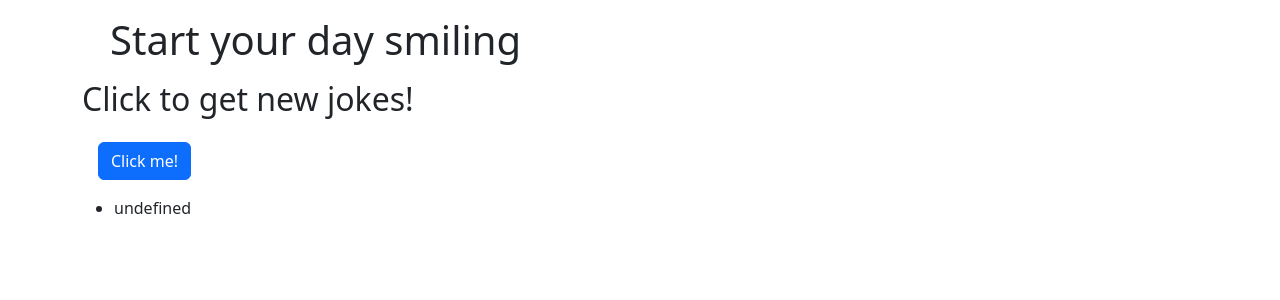
Repository: danieltikamori/wdb
Page: projects/Joke Machine/index.html
These files come from the project's save history. The page is drawn as it stood at one moment and after the next save; the edit follows.
The browser window is 1280 px wide. The pictures show the whole page.
After loading, the first visible `#jokeButton` was clicked once.
The page's requests for data from a server got no answer. Some web libraries are served in a nearby version.

Above is the page before, as saved 2023-01-28 18:04:57.

### projects/Joke Machine/index.html
<!DOCTYPE html>
<html lang="en">
<head>
  <meta charset="UTF-8">
  <meta http-equiv="X-UA-Compatible" content="IE=edge">
  <meta name="viewport" content="width=device-width, initial-scale=1.0">
  <title>Joke Machine</title>
  <link href="https://cdn.jsdelivr.net/npm/bootstrap@5.3.0-alpha1/dist/css/bootstrap.min.css" rel="stylesheet" integrity="sha384-GLhlTQ8iRABdZLl6O3oVMWSktQOp6b7In1Zl3/Jr59b6EGGoI1aFkw7cmDA6j6gD" crossorigin="anonymous">
</head>
<body>
  <div class="container">
    <h1 class="m-3 container-fluid">Start your day smiling</h1>
    <h2>Click to get new jokes!</h2>
    <button id="jokeButton" class="btn btn-primary m-3">Click me!</button>
    <ul id="jokes"></ul>
  </div>

  <script src="https://cdn.jsdelivr.net/npm/bootstrap@5.3.0-alpha1/dist/js/bootstrap.bundle.min.js" integrity="sha384-w76AqPfDkMBDXo30jS1Sgez6pr3x5MlQ1ZAGC+nuZB+EYdgRZgiwxhTBTkF7CXvN" crossorigin="anonymous"></script><script src="https://cdn.jsdelivr.net/npm/bootstrap@5.3.0-alpha1/dist/js/bootstrap.bundle.min.js" integrity="sha384-w76AqPfDkMBDXo30jS1Sgez6pr3x5MlQ1ZAGC+nuZB+EYdgRZgiwxhTBTkF7CXvN" crossorigin="anonymous"></script>
  <script src="https://cdn.jsdelivr.net/npm/axios@1.1.2/dist/axios.min.js"></script>
  <script src="app.js"></script>
</body>
</html>

### projects/Joke Machine/app.js
// axios.get("https://icanhazdadjoke.com/").then((res) =>{
//   console.log("Accept: ")
// })

const jokes = document.querySelector("#jokes");
const button = document.querySelector("#jokeButton");

const addNewJoke = async () => {
  const jokeText = await getDadJoke();
  const newLI = document.createElement("LI");
  newLI.append(jokeText);
  jokes.append(newLI);
};

const getDadJoke = async () => {
  try {
    const config = { headers: { Accept: "application/json" } };
    const response = await axios.get("https://icanhazdadjoke.com/", config);
    return response.data.joke;
  } catch (err) {
    return ;
  }
};
button.addEventListener("click", addNewJoke); //Event listener must be after the function

After the next save:
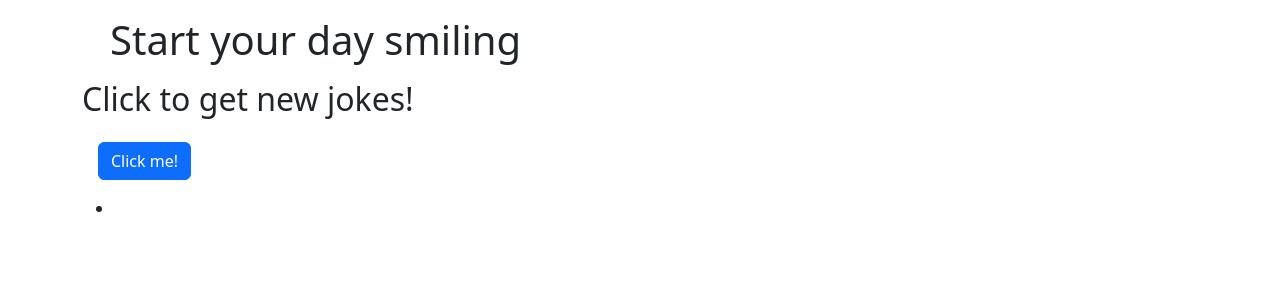
Saved 13 s later.
--- a/projects/Joke Machine/app.js
+++ b/projects/Joke Machine/app.js
@@ -18,7 +18,7 @@
     const response = await axios.get("https://icanhazdadjoke.com/", config);
     return response.data.joke;
   } catch (err) {
-    return ;
+    return "";
   }
 };
 button.addEventListener("click", addNewJoke); //Event listener must be after the function
